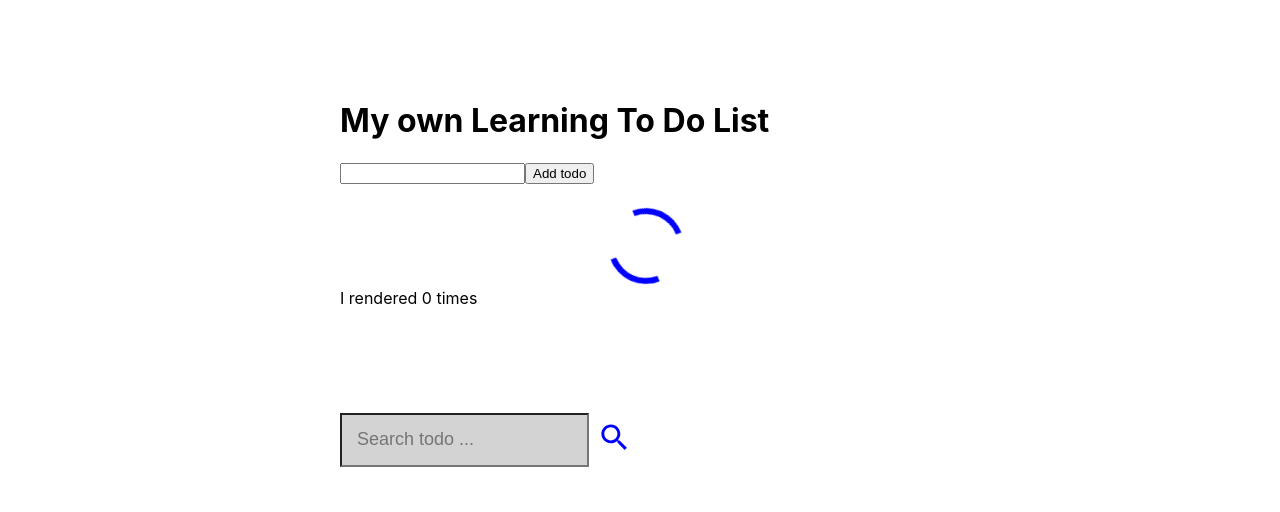
Repository: ArusyakAghajanyan/To-Do
Page: /
An editor plug-in stored every save of this project. The page is shown before and after a run of saves, followed by the edit.
The browser window is 1280 px wide. The pictures show the whole page.
The page's requests for data from a server got no answer. The project was rebuilt for these pictures with package versions that can differ from the ones it lists, and the page was loaded fresh each time. No one was signed in, and anything a server would have sent is missing. Also part of the build but not shown: src/Todo/TodoItem.js, src/Todo/TodoList.js.

Above is the page before, as saved 2022-03-11 02:21:23.

### src/index.css
body {
  margin: 0;
  font-family: -apple-system, BlinkMacSystemFont, 'Segoe UI', 'Roboto', 'Oxygen',
    'Ubuntu', 'Cantarell', 'Fira Sans', 'Droid Sans', 'Helvetica Neue',
    sans-serif;
  -webkit-font-smoothing: antialiased;
  -moz-osx-font-smoothing: grayscale;
}

code {
  font-family: source-code-pro, Menlo, Monaco, Consolas, 'Courier New',
    monospace;
}
.wrapper {
  padding-top: 5rem;
  margin: 0 auto;
  width: 600px;
}
.rm {
  background: red;
  border-radius: 50%;
  color:#fff;
  border: none;
}

.done {
  text-decoration: line-through;
}

.lds-dual-ring {
  display: inline-block;
  width: 80px;
  height: 80px;
}

.lds-dual-ring:after {
  content: " ";
  display: block;
  width: 64px;
  height: 64px;
  margin: 8px;
  border-radius: 50%;
  border: 6px solid blue;
  border-color: blue transparent blue transparent;
  animation: lds-dual-ring 1.2s linear infinite;
}
@keyframes lds-dual-ring {
  0% {
    transform: rotate(0deg);
  }
  100% {
    transform: rotate(360deg);
  }
}

### src/App.js
import React, { useEffect, useRef } from 'react'
import TodoList from './Todo/TodoList'
import Context from './context'
import Loader from './Loader'
import SearchBar from './Search/SearchBar'

const AddTodo = React.lazy(
  () =>
  new Promise(resolve => {
    setTimeout(() => {
      resolve(import('./Todo/AddTodo'))
    }, 3000)
  })
  )

function App() {
  const [todos, setTodos] = React.useState([])
    // { id: 1, completed: false, title: 'Learn HTML, CSS'},
    // { id: 2, completed: true, title: 'Learn Js'},
    // { id: 3, completed: false, title: 'Learn React'},
    // { id: 4, completed: false, title: 'Learn Java'}
  const [loading, setLoading] = React.useState(true)
  const renderCount = useRef(0)

  useEffect(() => {
    renderCount.current = renderCount.current + 1
  })


useEffect(() => {
  fetch('https://jsonplaceholder.typicode.com/todos?_limit=5')
    .then(response => response.json())
    .then(todos => {
      setTimeout(() => {
        setTodos(todos)
        setLoading(false)
      }, 2000)
    })
}, [])

  function toggleTodo(id){
    setTodos(
    todos.map(todo => {
    if (todo.id === id) {
      todo.completed = !todo.completed
    }
    return todo
    })
    )
  }

  function removeTodo(id){
   setTodos(todos.filter(todo => todo.id !== id))
  }

  function addTodo(title) {
    setTodos(todos.concat([{
      title,
      id: Date.now(),
      completed: false
    }]))
  }
  return (
    <Context.Provider value={{ removeTodo }}>
    <div className='wrapper'>
      <h1>My own Learning To Do List</h1>
      <React.Suspense fallback={<p>Loading...</p>}>

      <AddTodo onCreate={addTodo} />
      </React.Suspense>
      {loading && <Loader />}
      {todos.length ? (
      <TodoList todos={todos} onToggle={toggleTodo} />
      ) : loading ? null : (
        <p>No todos!</p>
       )}
       <div> I rendered {renderCount.current} times </div>
       <div >
      <SearchBar placeholder="Search todo ..." data={todos} />
    </div>

    </div>
    </Context.Provider>

  )
}

export default App

// className="App"

### src/Loader.js
import React from 'react'

export default () => <div style={{display: 'flex', justifyContent: 'center', margin: '.5rem' }}>
    <div className="lds-dual-ring" /></div>

### src/Search/SearchBar.js
import React, { useState } from "react";
import "./SearchBar.css";
import SearchIcon from '@mui/icons-material/Search';
import CloseIcon from '@mui/icons-material/Close';

function SearchBar({ placeholder, data }) {
  const [filteredData, setFilteredData] = useState([]);
  const [wordEntered, setWordEntered] = useState("");

  const handleFilter = (event) => {
    const searchWord = event.target.value;
    setWordEntered(searchWord);
    const newFilter = data.filter((value) => {
      return value.title.toLowerCase().includes(searchWord.toLowerCase());
    });

    if (searchWord === "") {
      setFilteredData([]);
    } else {
      setFilteredData(newFilter);
    }
  };

  const clearInput = () => {
    setFilteredData([]);
    setWordEntered("");
  };

  return (
    <div className="search">
      <div className="searchInputs">
        <input
          type="text"
          placeholder={placeholder}
          value={wordEntered}
          onChange={handleFilter}

        />
        <div className="searchIcon">
          {filteredData.length === 0 ? (
            <SearchIcon />
          ) : (
            <CloseIcon id="clearBtn" onClick={clearInput} />
          )}
        </div>
      </div>
      {filteredData.length != 0 && (
        <div className="dataResult">
          {filteredData.slice(0, 15).map((value, key) => {
            return (
              <a className="dataItem" href={value.link} target="_blank">
                <p>{value.title} </p>
              </a>
            );
          })}
        </div>
      )}
    </div>
  );

}

export default SearchBar;

### src/Todo/AddTodo.js
import React, { useState } from "react";
import PropTypes from "prop-types";

function useInputValue(defaultValue = " ") {
  const [value, setValue] = useState(defaultValue);
  return {
    bind: {
      value,
      onChange: (event) => setValue(event.target.value),
    },
    clear: () => setValue(""),
    value: () => value,
  };
}

function AddTodo({ onCreate }) {
  const input = useInputValue(" ");

  function submitHandler(event) {
    event.preventDefault();

    if (input.value().trim()) {
      onCreate(input.value());
      input.clear();
    }
  }

  return (
    <form style={{ marginBottom: "1rem" }} onSubmit={submitHandler}>
      <input {...input.bind} />
      <button type="submit">Add todo</button>
    </form>
  );
}

AddTodo.propTypes = {
  onCreate: PropTypes.func.isRequired,
};

export default AddTodo;

### src/Search/SearchBar.css
.searchInputs {
    margin-top: 105px;
    display: flex;
  }

  .search input{
    background-color: lightgray;
    /* border: 2px solid gray; */
    /* border-radius: 2px; */
    border-top-right-radius: 0px;
    border-bottom-right-radius: 0px;
    font-size: 18px;
    padding: 15px;
    height: 20px;
    width: 215px;
  }

  .searchIcon {
    /* border: 2px solid blue; */
    height: 50px;
    width: 50px;
    background-color: white;
    display: grid;
    place-items: center;
    color: blue;
  }

  input:focus {
    outline: none;
  }
  .searchIcon svg {
    font-size: 35px;
  }

  .dataResult {
    margin-top: 0px;
    width: 300px;
    height: 200px;
    background-color: lightgray;
    box-shadow: rgba(0, 0, 0, 0.35) 0px 5px 15px;
    overflow: hidden;
    overflow-y: auto;
  }

  .dataResult::-webkit-scrollbar {
    display: none;
  }

  .dataResult .dataItem {
    width: 100%;
    height: 50px;
    display: flex;
    align-items: center;
    color: black;
  }

  .dataItem p {
    margin-left: 10px;
  }
  a {
    text-decoration: none;
  }

  a:hover {
    background-color: lightgrey;
  }

  #clearBtn {
    cursor: pointer;
  }

Loaded but not shown: public/index.html (common file); src/index.js (common file); src/reportWebVitals.js (common file); src/context.js (common file)

After the next 2 saves:
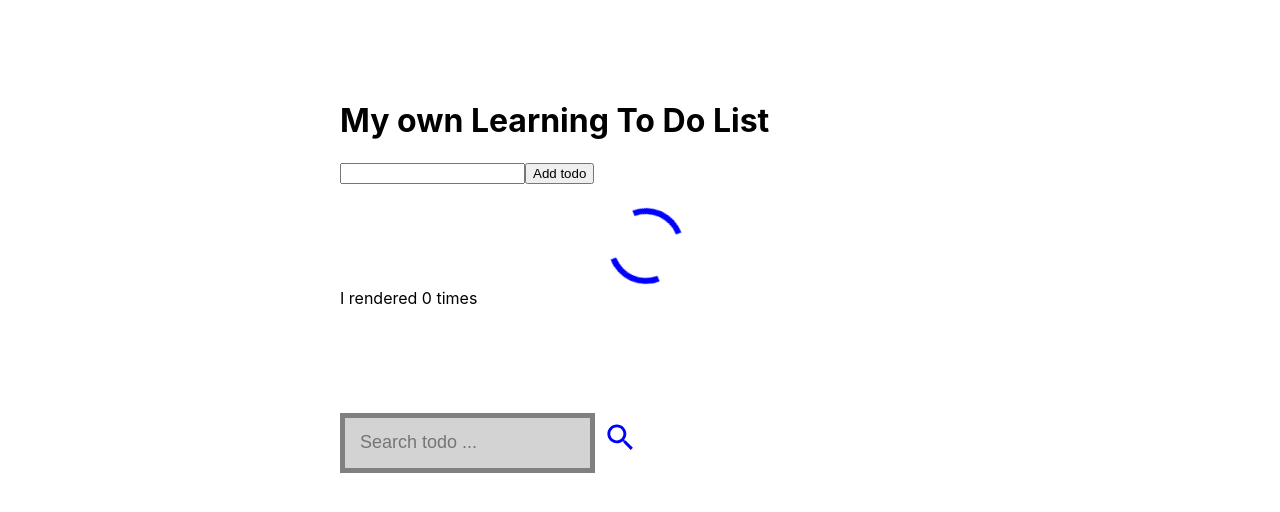
The 2 saves are shown as one change because they came seconds apart.
The last was saved 26 s later.
--- a/src/Search/SearchBar.css
+++ b/src/Search/SearchBar.css
@@ -5,7 +5,7 @@
 
   .search input{
     background-color: lightgray;
-    /* border: 2px solid gray; */
+    border: 5px solid gray;
     /* border-radius: 2px; */
     border-top-right-radius: 0px;
     border-bottom-right-radius: 0px;

After the save that followed:
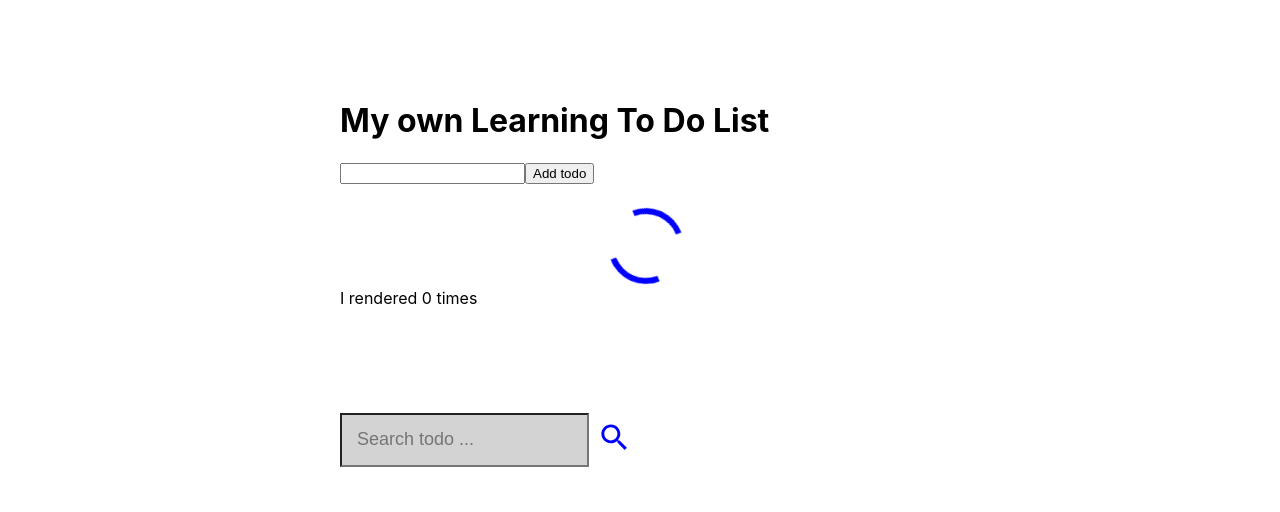
Saved 5 s later.
--- a/src/Search/SearchBar.css
+++ b/src/Search/SearchBar.css
@@ -5,7 +5,7 @@
 
   .search input{
     background-color: lightgray;
-    border: 5px solid gray;
+    border: px solid gray;
     /* border-radius: 2px; */
     border-top-right-radius: 0px;
     border-bottom-right-radius: 0px;
